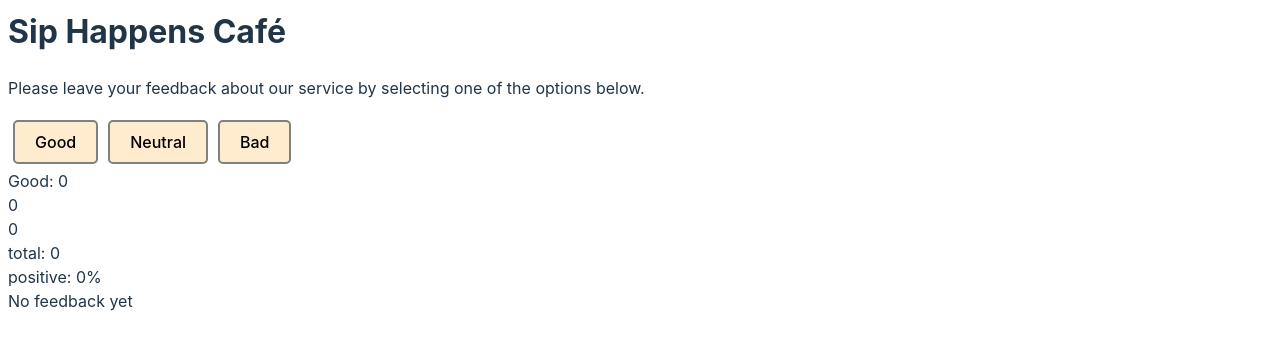
Repository: Evgeniya-Tishakova/goit-react-hw-02
Page: /
An editor plug-in stored every save of this project. The page is shown before and after the next save, followed by the edit.
The browser window is 1280 px wide. The pictures show the whole page.
The project was rebuilt for these pictures with package versions that can differ from the ones it lists, and the page was loaded fresh each time. Also part of the build but not shown: vite.config.js.

Above is the page before, as saved 2025-02-28 16:28:33.

After the next save:
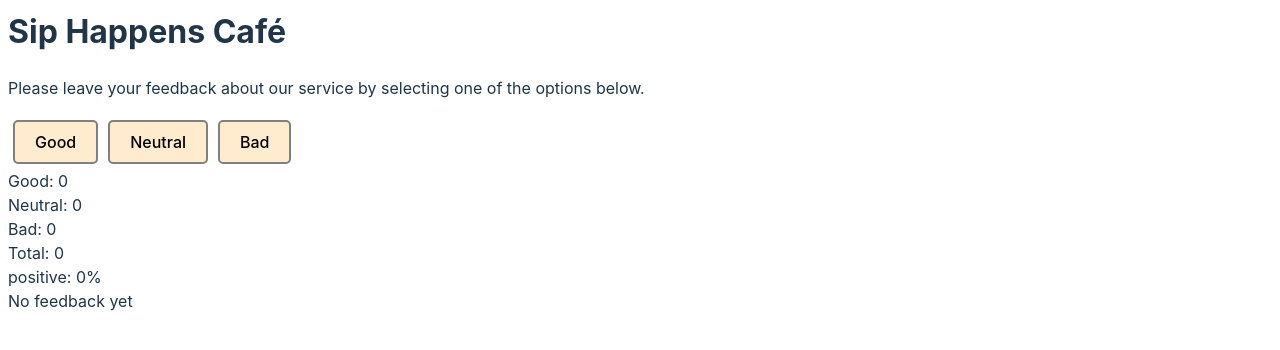
Saved 40 s later.
--- a/src/components/Feedback/Feedback.jsx
+++ b/src/components/Feedback/Feedback.jsx
@@ -7,9 +7,9 @@ export default function Feedback({
   return (
     <div>
       <p className={css.descr}>Good: {good}</p>
-      <p className={css.descr}>{neutral}</p>
-      <p className={css.descr}>{bad}</p>
-      <p className={css.descr}>total: {totalFeedback}</p>
+      <p className={css.descr}>Neutral: {neutral}</p>
+      <p className={css.descr}>Bad: {bad}</p>
+      <p className={css.descr}>Total: {totalFeedback}</p>
       <p className={css.descr}>
         positive:{" "}
         {((good + neutral) / (totalFeedback ? totalFeedback : 1)) * 100}%
